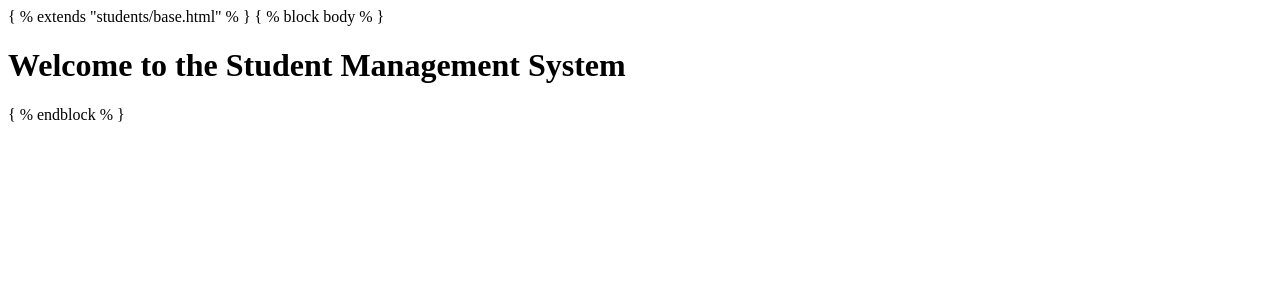
Repository: saraanbih/Student-Management-System
Page: http://localhost/
An editor plug-in stored every save of this project. The page is shown before and after the next save, followed by the edit.
The browser window is 1280 px wide. The pictures show the whole page.
The page is served by the project's application, run on Django 5.2 (manage.py).

Above is the page before, as saved 2025-09-12 14:13:41.

After the next save:
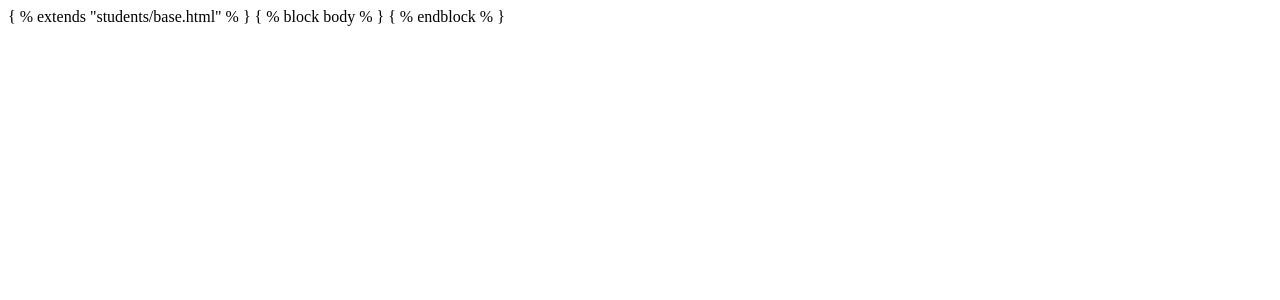
Saved 9 s later.
--- a/students/templates/students/index.html
+++ b/students/templates/students/index.html
@@ -1,5 +1,5 @@
 { % extends "students/base.html" % }
 
 { % block body % }
-  <h1>Welcome to the Student Management System</h1>
+
 { % endblock % }
